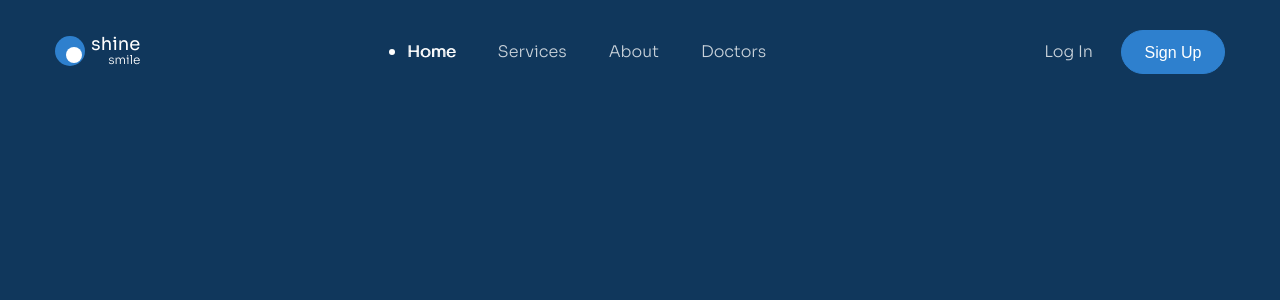
Repository: anhtien111198/f8-htmlcss-03
Page: index.html
An editor plug-in stored every save of this project. The page is shown before and after the next save, followed by the edit.
The browser window is 1280 px wide. The pictures show the whole page.

Above is the page before, as saved 2023-05-12 13:31:10.

### index.html
<!DOCTYPE html>
<html lang="en">
    <head>
        <meta charset="UTF-8" />
        <meta http-equiv="X-UA-Compatible" content="IE=edge" />
        <meta name="viewport" content="width=device-width, initial-scale=1.0" />
        <title>shine smile</title>
        <!-- favicon -->
        <link
            rel="apple-touch-icon"
            sizes="57x57"
            href="./assets/favicon/apple-icon-57x57.png"
        />
        <link
            rel="apple-touch-icon"
            sizes="60x60"
            href="./assets/favicon/apple-icon-60x60.png"
        />
        <link
            rel="apple-touch-icon"
            sizes="72x72"
            href="./assets/favicon/apple-icon-72x72.png"
        />
        <link
            rel="apple-touch-icon"
            sizes="76x76"
            href="./assets/favicon/apple-icon-76x76.png"
        />
        <link
            rel="apple-touch-icon"
            sizes="114x114"
            href="./assets/favicon/apple-icon-114x114.png"
        />
        <link
            rel="apple-touch-icon"
            sizes="120x120"
            href="./assets/favicon/apple-icon-120x120.png"
        />
        <link
            rel="apple-touch-icon"
            sizes="144x144"
            href="./assets/favicon/apple-icon-144x144.png"
        />
        <link
            rel="apple-touch-icon"
            sizes="152x152"
            href="./assets/favicon/apple-icon-152x152.png"
        />
        <link
            rel="apple-touch-icon"
            sizes="180x180"
            href="./assets/favicon/apple-icon-180x180.png"
        />
        <link
            rel="icon"
            type="image/png"
            sizes="192x192"
            href="./assets/favicon/android-icon-192x192.png"
        />
        <link
            rel="icon"
            type="image/png"
            sizes="32x32"
            href="./assets/favicon/favicon-32x32.png"
        />
        <link
            rel="icon"
            type="image/png"
            sizes="96x96"
            href="./assets/favicon/favicon-96x96.png"
        />
        <link
            rel="icon"
            type="image/png"
            sizes="16x16"
            href="./assets/favicon/favicon-16x16.png"
        />
        <link rel="manifest" href="./assets/favicon/manifest.json" />
        <meta name="msapplication-TileColor" content="#ffffff" />
        <meta
            name="msapplication-TileImage"
            content="./assets/favicon/ms-icon-144x144.png"
        />
        <meta name="theme-color" content="#ffffff" />
        <!-- font -->
        <link rel="preconnect" href="https://fonts.googleapis.com" />
        <link rel="preconnect" href="https://fonts.gstatic.com" crossorigin />
        <link
            href="https://fonts.googleapis.com/css2?family=Sora:wght@200;300;400;500;600;700;800&display=swap"
            rel="stylesheet"
        />
        <!-- reset css -->
        <link rel="stylesheet" href="./assets/css/reset.css" />
        <!-- style css -->
        <link rel="stylesheet" href="./assets/css/style.css" />
    </head>
    <body>
        <header class="header">
            <div class="container">
                <!-- header top -->
                <div class="header-top">
                    <!-- logo -->
                    <a href="/">
                        <div class="logo">
                            <span class="logo__circle"></span>
                            <span class="logo__text">
                                <span class="logo__brand">shine</span>
                                <span class="logo__brand logo__brand--small">
                                    smile
                                </span>
                            </span>
                        </div>
                    </a>
                    <!-- navbar -->
                    <nav class="navbar">
                        <ul class="navbar__list">
                            <li class="navbar__item">
                                <a
                                    href="#!"
                                    class="navbar__link navbar__link--active"
                                >
                                    Home
                                </a>
                            </li>
                            <li class="navbar__item">
                                <a href="#!" class="navbar__link">Services</a>
                            </li>
                            <li class="navbar__item">
                                <a href="#!" class="navbar__link">About</a>
                            </li>
                            <li class="navbar__item">
                                <a href="#!" class="navbar__link">Doctors</a>
                            </li>
                        </ul>
                    </nav>
                    <!-- action -->
                    <div class="header-action">
                        <a href="#!" class="header-action__login">Log In</a>
                        <button href="#!" class="btn header-action__signup">
                            Sign Up
                        </button>
                    </div>
                </div>
                <!-- Hero -->
            </div>
        </header>
    </body>
</html>

### assets/css/style.css
* {
    box-sizing: border-box;
}
:root {
    --header-bg: #10375c;
}
html {
    font-size: 62.5%;
}
body {
    font-size: 1.6rem;
    font-family: "Sora", sans-serif;
}
/* ======Common========= */
a {
    text-decoration: none;
}
.container {
    width: 1170px;
    max-width: calc(100% - 48px);
    margin: 0 auto;
}
.btn {
    --height: 60px;
    display: inline-block;
    min-width: 205px;
    height: var(--height);
    padding: 0 20px;
    border-radius: 99px;
    border: 1px solid #2e80ce;
    font-size: 1.6rem;
    font-weight: 400;
    line-height: var(--height);
    color: #fff;
    text-align: center;
    background: #2e80ce;
}
.btn:hover {
    opacity: 0.9;
    cursor: pointer;
}
/* ========header============= */
.header {
    min-height: 100vh;
    padding-top: 30px;
    background: var(--header-bg);
}
.logo {
    position: relative;
    display: inline-flex;
    font-size: 1rem;
}
.logo__circle::after,
.logo__circle::before {
    content: "";
    display: inline-block;
    border-radius: 50%;
}
.logo__circle::before {
    width: 3em;
    height: 3em;
    background: #2e80ce;
}
.logo__circle::after {
    position: absolute;
    top: 1.1em;
    left: 1.1em;
    width: 1.6em;
    height: 1.6em;
    background: #ffffff;
}
.logo__text {
    margin-left: 0.6em;
    text-align: right;
    line-height: 1.6em;
}
.logo__brand {
    display: block;
    font-size: 1.8em;
    font-weight: 400;
    color: #ffffff;
}
.logo__brand--small {
    font-size: 1.2em;
    font-weight: 300;
}
/* ========Header top========== */
.header-top {
    display: flex;
    align-items: center;
    justify-content: space-between;
}
.navbar__list {
    display: flex;
}
.header-action__login,
.navbar__link {
    padding: 4px 21px;
    font-weight: 300;
    font-size: 1.6rem;
    color: #c9d2da;
}
.navbar__link:hover,
.navbar__link--active {
    color: #fff;
    text-shadow: 1px 0 0 currentColor;
}
.navbar__link--active::before {
    position: relative;
    top: -2px;
    left: -8px;
    content: "";
    display: inline-block;
    width: 6px;
    height: 6px;
    border-radius: 50%;
    background: #fff;
}
.header-action {
    display: flex;
    align-items: center;
}
.header-action__login {
    margin-right: 7px;
}
.header-action__signup {
    --height: 44px;
    min-width: 104px;
}

Loaded but not shown: assets/css/reset.css (common file)

After the next save:
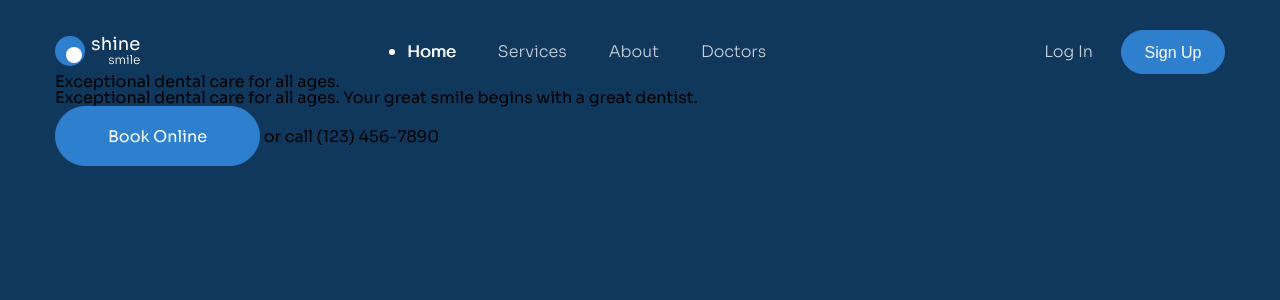
Saved 5 min 58 s later.
--- a/index.html
+++ b/index.html
@@ -142,6 +142,31 @@
                     </div>
                 </div>
                 <!-- Hero -->
+                <section class="hero">
+                    <!-- hero content -->
+                    <section class="hero__content">
+                        <h1 class="hero__heading">
+                            Exceptional dental care for all ages.
+                        </h1>
+                        <p class="hero__desc">
+                            Exceptional dental care for all ages. Your great
+                            smile begins with a great dentist.
+                        </p>
+                        <div class="hero__row">
+                            <a href="" class="btn">Book Online</a>
+                            <span class="hero__phone"
+                                >or call (123) 456-7890</span
+                            >
+                        </div>
+                    </section>
+                    <!-- hero media -->
+                    <div class="hero__media">
+                        <figure class="hero__images">
+                            <img src="" alt="" class="hero__img" />
+                            <img src="" alt="" class="hero__img" />
+                        </figure>
+                    </div>
+                </section>
             </div>
         </header>
     </body>
